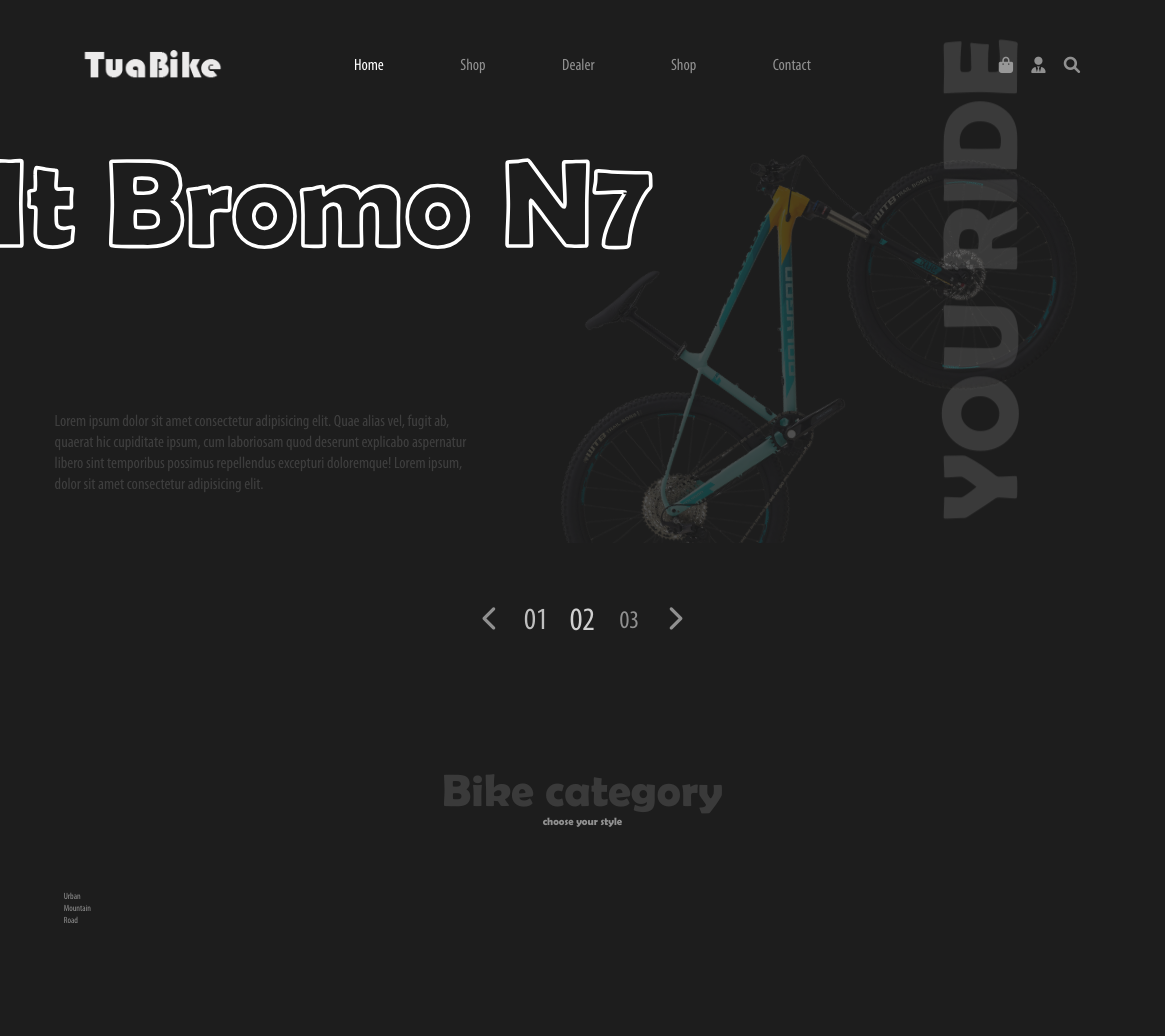
Repository: phamhuuloc/TourBike
Page: index.html
The author's editor kept a copy of each file at every save. The page is drawn from the files as they stood at one save, then again after the next save.
The browser window is 1280 px wide. The pictures show the whole page, at 91% of full size.

Above is the page before, as saved 2021-11-06 09:45:53.

### index.html
<!DOCTYPE html>
<html lang="en">
  <head>
    <meta charset="UTF-8" />
    <meta http-equiv="X-UA-Compatible" content="IE=edge" />
    <meta name="viewport" content="width=device-width, initial-scale=1.0" />
    <title>Tour Bike</title>
    <!--  font awesome -->
    <link
      rel="stylesheet"
      href="https://cdnjs.cloudflare.com/ajax/libs/font-awesome/6.0.0-beta2/css/all.min.css"
      integrity="sha512-YWzhKL2whUzgiheMoBFwW8CKV4qpHQAEuvilg9FAn5VJUDwKZZxkJNuGM4XkWuk94WCrrwslk8yWNGmY1EduTA=="
      crossorigin="anonymous"
      referrerpolicy="no-referrer"
    />
    <!-- css -->
    <link rel="stylesheet" href="" />
    <link rel="stylesheet" href="./assets/css/main.css" />
  </head>
  <body>
    <!-- Header -->
    <header>
      <!-- logo -->
      <a href="" class="logo">
        <img src="./assets/images/TuaBike.png" alt="" />
      </a>
      <!-- menu -->
      <div class="main-menu-wrapper">
        <ul class="main-menu">
          <li class=""><a href="" class="active">home</a></li>
          <li><a href="">shop</a></li>
          <li><a href="">dealer</a></li>
          <li><a href="">shop</a></li>
          <li><a href="">contact</a></li>
        </ul>
      </div>
      <ul class="user-menu">
        <li>
          <a href="#"><i class="fas fa-shopping-bag"></i></a>
        </li>
        <li>
          <a href="#"><i class="fas fa-user-tie"></i></a>
        </li>
        <li>
          <a href=""><i class="fas fa-search"></i></a>
        </li>
      </ul>
    </header>
    <!-- banner -->
    <section class="banner">
      <div class="slide-container" id="slide">
        <!-- slide item -->
        <div class="slide-item">
          <!-- heading -->
          <div class="slide-heading">
            <!-- title -->
            <h2 class="slide-title">Polygon siskiu</h2>
            <!-- desc -->
            <p class="slide-desc">
              Lorem ipsum dolor sit amet consectetur adipisicing elit. Quae
              alias vel, fugit ab, quaerat hic cupiditate ipsum, cum laboriosam
              quod deserunt explicabo aspernatur libero sint temporibus possimus
              repellendus excepturi doloremque! Lorem ipsum, dolor sit amet
              consectetur adipisicing elit.
            </p>
            <!-- btn -->
            <div class="slide-btn">
              <a href="" class="slide-btn-link">By now</a>
            </div>
          </div>
          <!-- img -->
          <div class="slide-img">
            <img src="./assets/images/MTBROMO_N7_2022.png" alt="" />
          </div>
        </div>
        <!-- slide item -->
        <div class="slide-item">
          <!-- heading -->
          <div class="slide-heading">
            <!-- title -->
            <h2 class="slide-title">mt bromo n7</h2>
            <!-- desc -->
            <p class="slide-desc">
              Lorem ipsum dolor sit amet consectetur adipisicing elit. Quae
              alias vel, fugit ab, quaerat hic cupiditate ipsum, cum laboriosam
              quod deserunt explicabo aspernatur libero sint temporibus possimus
              repellendus excepturi doloremque! Lorem ipsum, dolor sit amet
              consectetur adipisicing elit.
            </p>
            <!-- btn -->
            <div class="slide-btn">
              <a href="" class="slide-btn-link">By now</a>
            </div>
          </div>
          <!-- img -->
          <div class="slide-img">
            <img src="./assets/images/6489548.png" alt="" />
          </div>
        </div>
        <!-- slide item -->
        <div class="slide-item">
          <!-- heading -->
          <div class="slide-heading">
            <!-- title -->
            <h2 class="slide-title">cascade mount</h2>
            <!-- desc -->
            <p class="slide-desc">
              Lorem ipsum dolor sit amet consectetur adipisicing elit. Quae
              alias vel, fugit ab, quaerat hic cupiditate ipsum, cum laboriosam
              quod deserunt explicabo aspernatur libero sint temporibus possimus
              repellendus excepturi doloremque! Lorem ipsum, dolor sit amet
              consectetur adipisicing elit.
            </p>
            <!-- btn -->
            <div class="slide-btn">
              <a href="" class="slide-btn-link">By now</a>
            </div>
          </div>
          <!-- img -->
          <div class="slide-img">
            <img src="./assets/images/b1.png" alt="" />
          </div>
        </div>
        <!-- background tittle -->
        <div class="slide-txt">you ride</div>
        <!-- slide control -->
        <ul class="slide-control">
          <li class="slide-prev"><i class="fas fa-chevron-left"></i></li>
          <li class="slide-control-item active">01</li>
          <li class="slide-control-item">02</li>
          <li class="slide-control-item">03</li>
          <li class="slide-next"><i class="fas fa-chevron-right"></i></li>
        </ul>
      </div>
    </section>
    <!-- category section -->
    <section class="section">
      <div class="section-title">
        <h3 class="second-title">Bike category</h3>
        <h3 class="main-title">choose your style</h3>
      </div>
      <div class="section-container">
        <div class="row">
          <div class="col-4">
            <div class="category-img">
              <div
                class="category-img-inner"
                style="
                  background-image: url(./assets/images/alvan-nee-EHILKZNmTuA-unsplash.jpg);
                "
              ></div>
              <div class="category-title">Urban</div>
            </div>
          </div>
          <div class="col-4">
            <div class="category-img">
              <div
                class="category-img-inner"
                style="
                  background-image: url(./assets/images/eberhard-grossgasteiger-8lDkmXnKo7s-unsplash.jpg);
                "
              ></div>
              <div class="category-title">Mountain</div>
            </div>
          </div>
          <div class="col-4">
            <div class="category-img">
              <div
                class="category-img-inner"
                style="
                  background-image: url(./assets/images/tom-austin-3L76b-LMyeI-unsplash.jpg);
                "
              ></div>
              <div class="category-title">Road</div>
            </div>
          </div>
        </div>
      </div>
    </section>
    <script src="./assets/js/main.js"></script>
  </body>
</html>

### assets/css/main.css
@font-face {
  font-family: MyriadProCondensed;
  src: url(../fonts/MyriadProCondensed/MyriadProCondensed.ttf);
}
@font-face {
  font-family: BerlinSansFBDemiBold;
  src: url(../fonts/BerlinSansFBDemiBold/BerlinSansFBDemiBold.ttf);
}
:root {
  --main-color: #1d1d1d;
  --second-color: #3a3a3a;
  --text-color: #bbbb;
  --text-white: #fff;

  --header-height: 144px;
  --header-padding: 93px;
}
* {
  padding: 0;
  margin: 0;
  box-sizing: border-box;
  user-select: none;
}
html {
  font-size: 62.5%;
  scroll-behavior: smooth;
}
ul {
  list-style: none;
}
a {
  text-decoration: none;
  color: var(--text-color);
}
img {
  max-width: 100%;
}
body {
  background-color: var(--main-color);
  color: var(--text-color);
  font-family: MyriadProCondensed, sans-serif;
  overflow-x: hidden;
}
/* header */
header {
  position: fixed;
  top: 0;
  left: 0;
  z-index: 99;
  width: 100%;
  height: var(--header-height);
  background-color: transparent;
  display: flex;
  align-items: center;
  justify-content: space-between;
  padding: 0 var(--header-padding);
  transition: height 0.3s ease;
}
header.shrink {
  height: 6rem;
  background-color: var(--second-color);
}
.main-menu-wrapper {
  position: absolute;
  inset: 0;
  display: flex;
  align-items: center;
  justify-content: center;
  pointer-events: none;
}
.main-menu {
  display: flex;
  pointer-events: visible;
}
.main-menu > li > a {
  text-transform: capitalize;
  font-size: 1.8rem;
  color: var(--text-color);
  transform: all 0.3s ease;
}
.main-menu > li > a.active {
  color: var(--text-white);
}
.main-menu > li ~ li {
  margin-left: 84px;
}
.main-menu > li > a:hover,
.user-menu > li > a:hover {
  transition: all 0.3s ease;
  color: var(--text-white);
}
.user-menu {
  display: flex;
  align-items: center;
  justify-content: center;
}
.user-menu > li > a > i {
  font-size: 1.8rem;
}
.user-menu > li ~ li {
  margin-left: 2rem;
}
/* banner */
.banner {
  position: relative;
  height: 100vh;
  padding-top: var(--header-height);
}
.slide-item {
  display: flex;
  height: 0;
  overflow: hidden;
}
.slide-item.active {
  height: 100%;
}
.slide-img {
  width: 58%;
  padding-right: 8rem;
  padding-top: 4rem;
  z-index: 1;
}
.slide-img img {
  width: 100%;
  transform: rotate(-70deg);
  opacity: 0;
  transition: transform 1s cubic-bezier(0.175, 0.885, 0.32, 1.275),
    opacity 0.6s ease 0s;
}
.slide-item.active .slide-img img {
  transform: rotate(0);
  opacity: 1;
}
.slide-heading {
  width: 42%;
  padding-left: 6rem;
}
.slide-title {
  width: max-content;
  font-size: 13.6rem;
  text-transform: capitalize;
  font-family: BerlinSansFBDemiBold;
  color: var(--text-white);
  -webkit-text-fill-color: transparent;
  -webkit-text-stroke-width: 4px;
  transform: translateX(-200px);
  transition: all 0.5s ease;
}
.slide-item.active .slide-title {
  transform: translateX(0);
}

.slide-desc,
.slide-btn {
  margin-top: 8.4rem;
}

.slide-desc {
  font-size: 1.8rem;
  transition: 0.3s;
}

.slide-btn {
  display: inline-block;
}
.slide-btn-link {
  font-size: 2rem;
  font-weight: 700;
  padding: 10px 50px;
  background-color: white;
  color: var(--main-color);
  cursor: pointer;
  text-transform: uppercase;
  transition: all 0.3s ease 0s;
}
.slide-item.active .slide-btn:hover {
  transition: all 0.2s ease;
  transform: translateY(-10px);
}
.slide-desc,
.slide-btn {
  transform: translateY(100px);
  opacity: 0;
  transition: transform 0.5s ease, opacity 0.5s ease;
}
.slide-btn {
  transition-delay: 0.2s;
}
.slide-item.active .slide-desc,
.slide-item.active .slide-btn {
  transform: translateY(0);
  opacity: 1;
}
.slide-txt {
  position: absolute;
  top: 240px;
  right: -60px;
  transform: rotate(-90deg);
  font-size: 11.75rem;
  font-family: BerlinSansFBDemiBold;
  color: var(--second-color);
  text-transform: uppercase;
}
.slide-control {
  position: absolute;
  left: 50%;
  bottom: 20px;
  transform: translateX(-50%);
  display: flex;
  align-items: center;
  justify-content: center;
}

.slide-control > li {
  font-size: 2.8rem;
  cursor: pointer;
  transition: all 0.3s ease;
}
.slide-control > li.active {
  transform: scale(1.5);
  color: var(--text-white);
}
.slide-control > li:hover {
  color: var(--text-white);
}
.slide-control > li ~ li {
  margin-left: 3rem;
}
/* section */
.section {
  padding: 12rem 0;
}
.section-container {
  padding: 7rem 7rem 0;
}
.section-title {
  font-family: BerlinSansFBDemiBold;
  text-align: center;
  position: relative;
}
.second-title > h3 {
  text-transform: uppercase;
}
.second-title {
  font-size: 5rem;
  color: var(--second-color);
  /* position: absolute; */
  /* top: 24%;
  bottom: 40%;
  z-index: -1; */
}

### assets/js/main.js
let banner_slide = document.querySelector("#slide");
let banner_slide_items = banner_slide.querySelectorAll(".slide-item");
let banner_slide_index = 0;
let banner_slide_play = true;
let banner_slide_control_items = banner_slide.querySelectorAll(
  ".slide-control-item"
);
let slide_prev = banner_slide.querySelector(".slide-prev");
let slide_next = banner_slide.querySelector(".slide-next");

showSlide = (index) => {
  banner_slide.querySelector(".slide-item.active").classList.remove("active");
  banner_slide_items[index].classList.add("active");

  banner_slide
    .querySelector(".slide-control-item.active")
    .classList.remove("active");
  banner_slide_control_items[index].classList.add("active");
};
nextSlide = () => {
  banner_slide_index =
    banner_slide_index + 1 === banner_slide_items.length
      ? 0
      : banner_slide_index + 1;
  showSlide(banner_slide_index);
};
prevSlide = () => {
  banner_slide_index =
    banner_slide_index - 1 < 0
      ? banner_slide_items.length - 1
      : banner_slide_index - 1;
  showSlide(banner_slide_index);
};
slide_next.addEventListener("click", () => nextSlide());
slide_prev.addEventListener("click", () => prevSlide());
// add event to slide select
banner_slide_control_items.forEach((item, index) => {
  item.addEventListener("click", () => showSlide(index));
});
// pause slide when mouse come in slider
banner_slide.addEventListener("mouseover", () => (banner_slide_play = false));
// resume slide  when mouse log out slider
banner_slide.addEventListener("mouseleave", () => (banner_slide_play = true));
setTimeout(() => {
  banner_slide_items[0].classList.add("active");
}, 200);

// auto next slide
setInterval(() => {
  if (!banner_slide_play) return;
  nextSlide();
}, 5000);

After the next save:
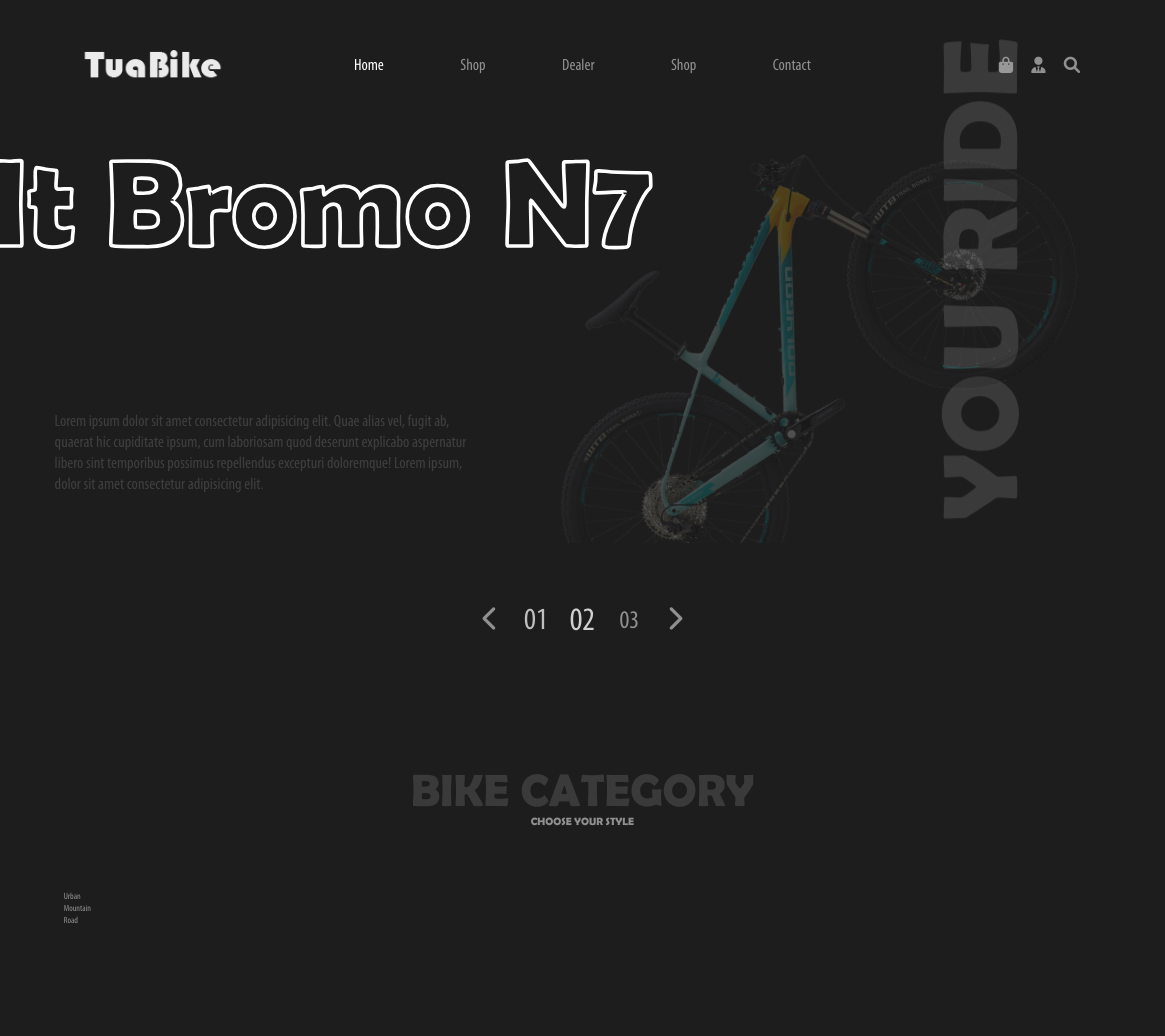
Saved 70 s later.
--- a/assets/css/main.css
+++ b/assets/css/main.css
@@ -238,7 +238,7 @@
   text-align: center;
   position: relative;
 }
-.second-title > h3 {
+.section-title > h3 {
   text-transform: uppercase;
 }
 .second-title {
